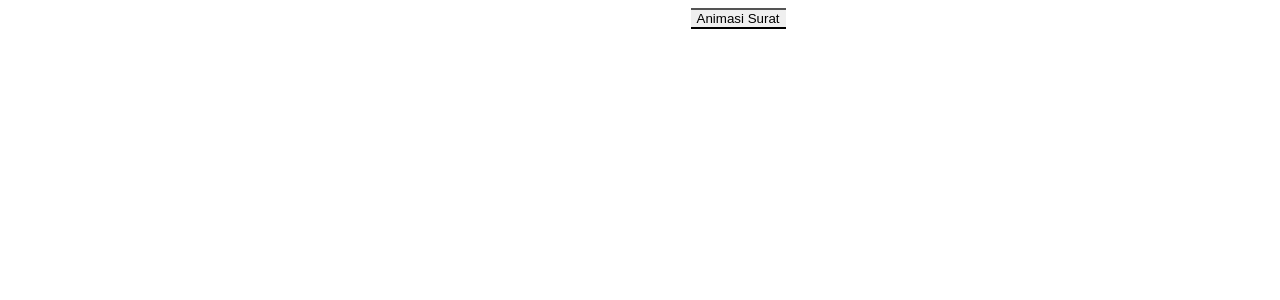
Repository: Irantsitumorang/projectRepo1
Page: BelajarJS/LatihanHTML/WebContent/suratj.html
These files come from the project's save history. The page is drawn as it stood at one moment and after the next save; the edit follows.
The browser window is 1280 px wide. The pictures show the whole page.

Above is the page before, as saved 2021-07-01 10:24:12.

After the next save:
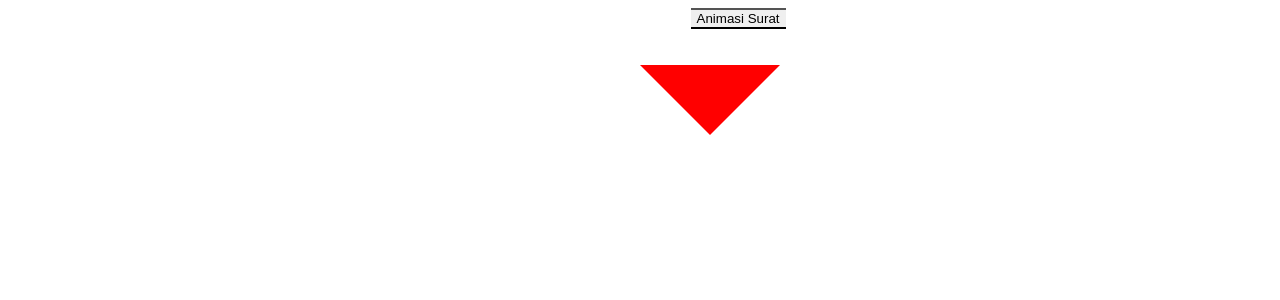
Saved 87 s later.
--- a/BelajarJS/LatihanHTML/WebContent/suratj.html
+++ b/BelajarJS/LatihanHTML/WebContent/suratj.html
@@ -25,17 +25,7 @@
 	margin-left: 50%;
     }
 
-    #surat2 {
-    width: 0;
-    height: 0;
-
-    border-left: 70px solid transparent;
-	border-right: 70px solid transparent;
-	border-top: 70px solid red;
-	margin-left: 50%;
-    }
-
-     #surat3 {
+    #surat23 {
     width: 0;
     height: 0;
 
@@ -64,9 +54,9 @@
 <button id="bg">Animasi Surat</button><br><br>
 
 <div id="surat1" style="display:none; background-color:yellow;"></div><br>
-<div>
-<div id="surat2" style="display:none; background-color:orange;"></div><br>
-<div id="surat3" style="display:none; background-color:blue;"></div>
+<div id="surat23">
+<div style="display:none; background-color:orange;"></div><br>
+<div style="display:none; background-color:blue;"></div>
 </div>
 </body>
 </html>

After the save that followed:
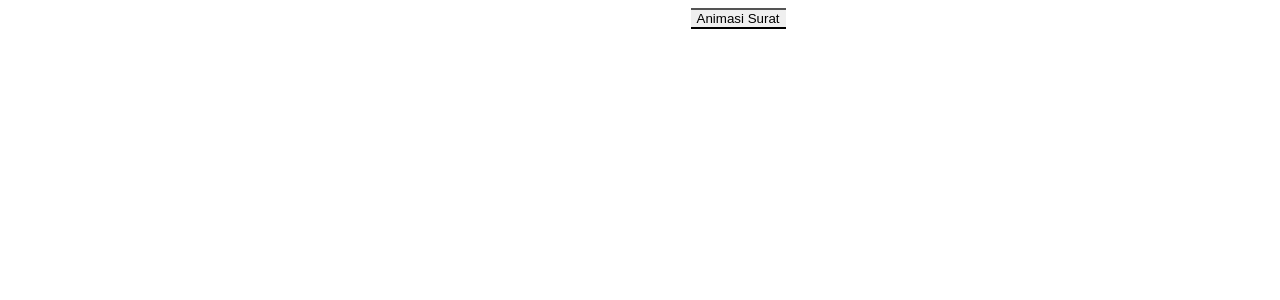
Saved 40 s later.
--- a/BelajarJS/LatihanHTML/WebContent/suratj.html
+++ b/BelajarJS/LatihanHTML/WebContent/suratj.html
@@ -25,7 +25,17 @@
 	margin-left: 50%;
     }
 
-    #surat23 {
+    #surat2 {
+    width: 0;
+    height: 0;
+
+    border-left: 70px solid transparent;
+	border-right: 70px solid transparent;
+	border-top: 70px solid red;
+	margin-left: 50%;
+    }
+
+     #surat3 {
     width: 0;
     height: 0;
 
@@ -54,9 +64,8 @@
 <button id="bg">Animasi Surat</button><br><br>
 
 <div id="surat1" style="display:none; background-color:yellow;"></div><br>
-<div id="surat23">
-<div style="display:none; background-color:orange;"></div><br>
-<div style="display:none; background-color:blue;"></div>
-</div>
+<div id="surat2" style="display:none; background-color:orange;"></div><br>
+<div id="surat3" style="display:none; background-color:blue;"></div>
+
 </body>
 </html>
